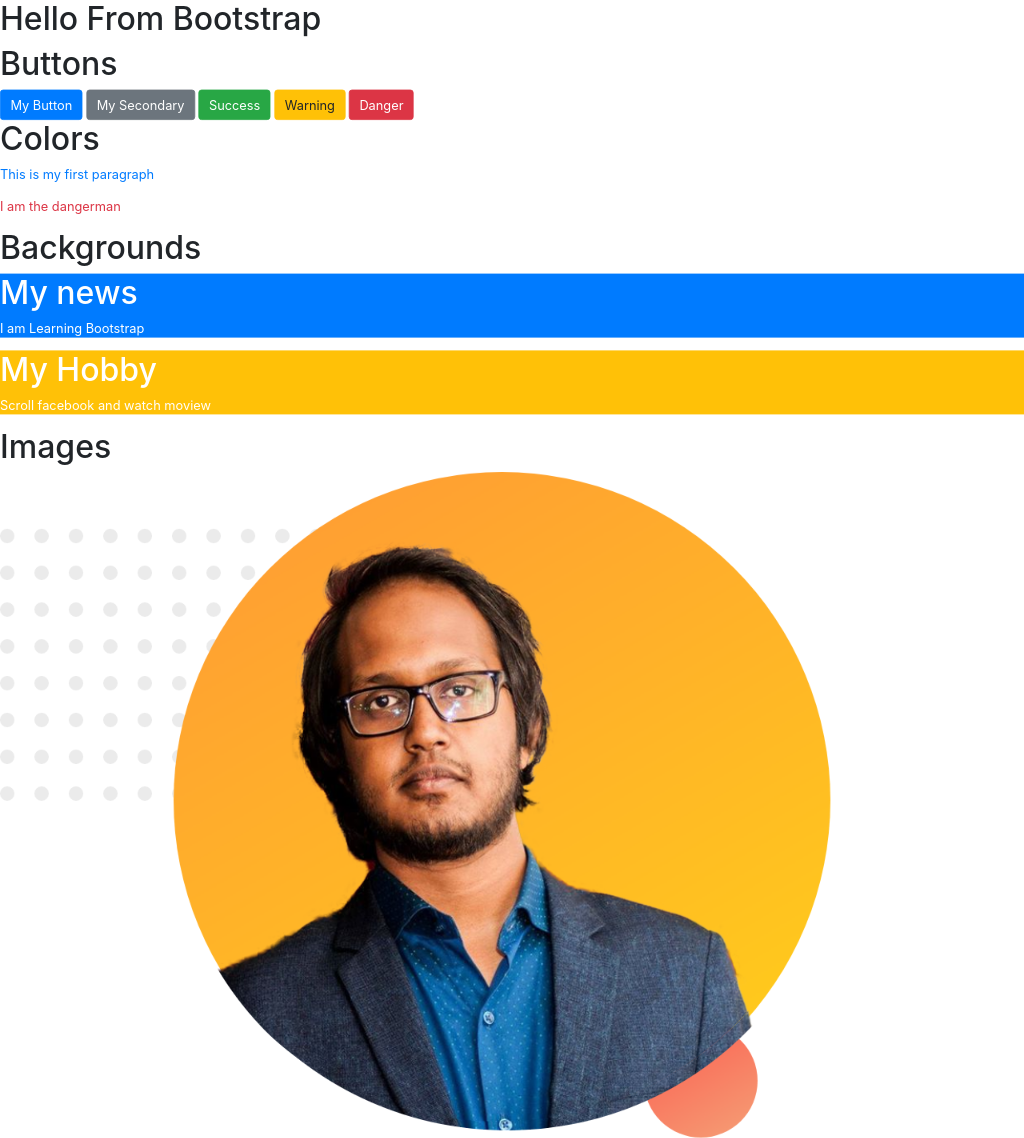
Repository: mohsinfarabi/bootstrap-practice
Page: index.html
An editor plug-in stored every save of this project. The page is shown before and after the next save, followed by the edit.
The browser window is 1280 px wide. The pictures show the whole page, at 80% of full size.

Above is the page before, as saved 2020-07-06 02:57:59.

### index.html
<!DOCTYPE html>
<html lang="en">

<head>
    <meta charset="UTF-8">
    <meta name="viewport" content="width=device-width, initial-scale=1.0">
    <title>Document</title>
    <link rel="stylesheet" href="css\bootstrap\css\bootstrap.min.css">
</head>

<body>
    <h1>Hello From Bootstrap</h1>
    <h1>Buttons</h1>
    <button class="btn btn-primary">My Button</button>
    <button class="btn btn-secondary">My Secondary</button>
    <button class="btn btn-success">Success</button>
    <button class="btn btn-warning">Warning</button>
    <button class="btn btn-danger">Danger</button>

    <h1>Colors</h1>
    <p class="text-primary">This is my first paragraph</p>
    <p class="text-danger">I am the dangerman</p>

    <h1>Backgrounds</h1>
    <div class="bg-primary text-white">
        <h1>My news</h1>
        <p>I am Learning Bootstrap</p>
    </div>
    <div class="bg-warning text-white">
        <h1>My Hobby</h1>
        <p>Scroll facebook and watch moview</p>
    </div>

    <h1>Images</h1>
    <img src="images/profile1.png" class="img-fluid" alt="">
</body>

</html>

Loaded but not shown: css/bootstrap/css/bootstrap.min.css (library)

After the next save:
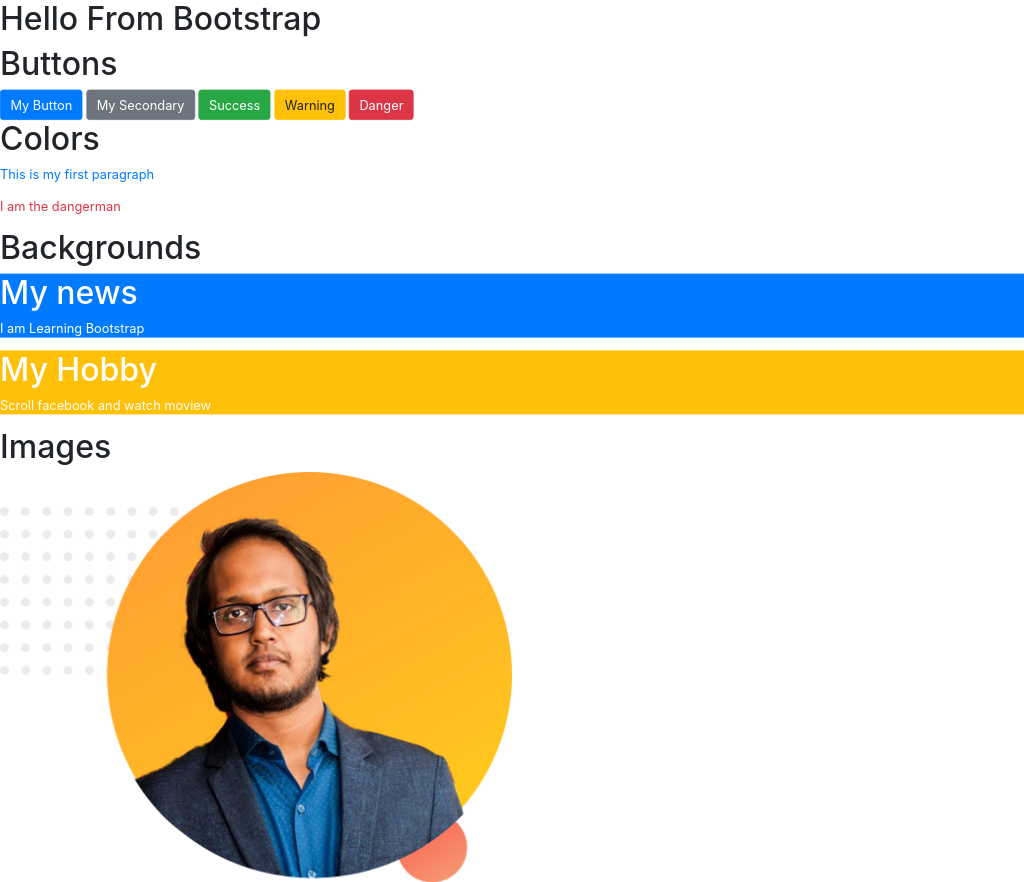
Saved 64 s later.
--- a/index.html
+++ b/index.html
@@ -32,7 +32,7 @@
     </div>
 
     <h1>Images</h1>
-    <img src="images/profile1.png" class="img-fluid" alt="">
+    <img src="images/profile1.png" class="img-fluid w-50" alt="">
 </body>
 
 </html>
